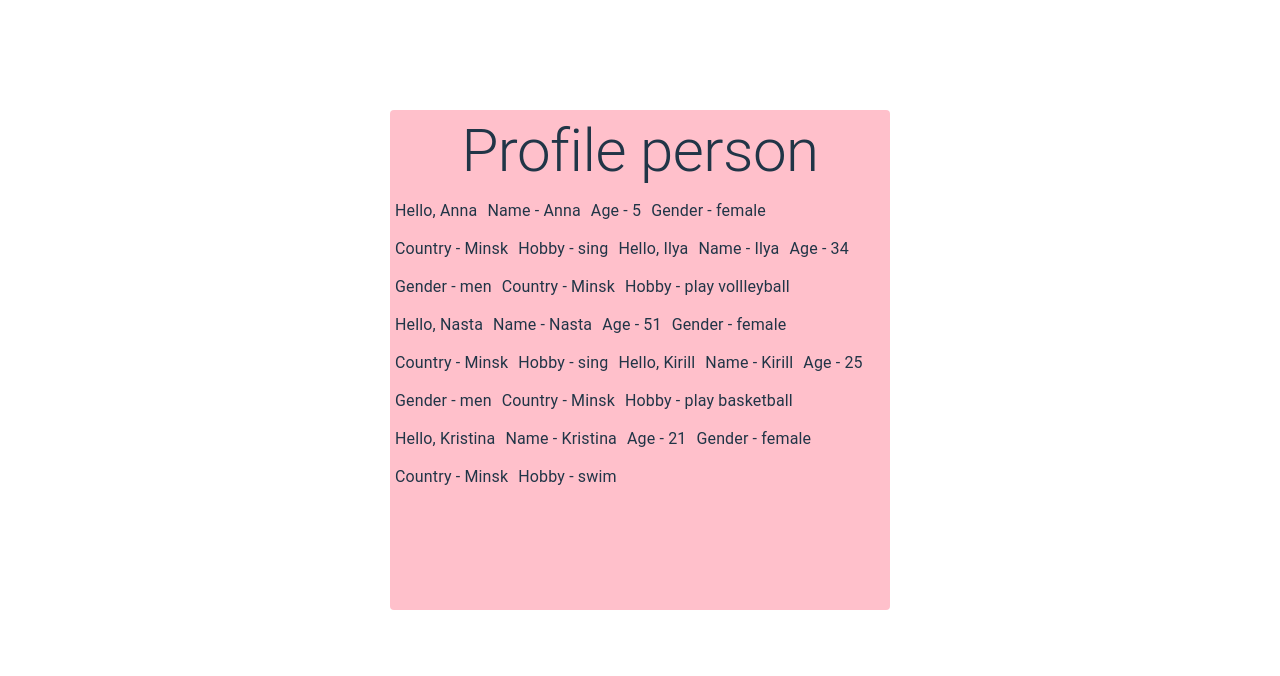
Repository: savannaaaas/props
Page: /
An editor plug-in stored every save of this project. The page is shown before and after the next save, followed by the edit.
The browser window is 1280 px wide. The pictures show the whole page.
The project was rebuilt for these pictures with package versions that can differ from the ones it lists, and the page was loaded fresh each time. Also part of the build but not shown: vite.config.js.

Above is the page before, as saved 2025-07-08 00:11:31.

After the next save:
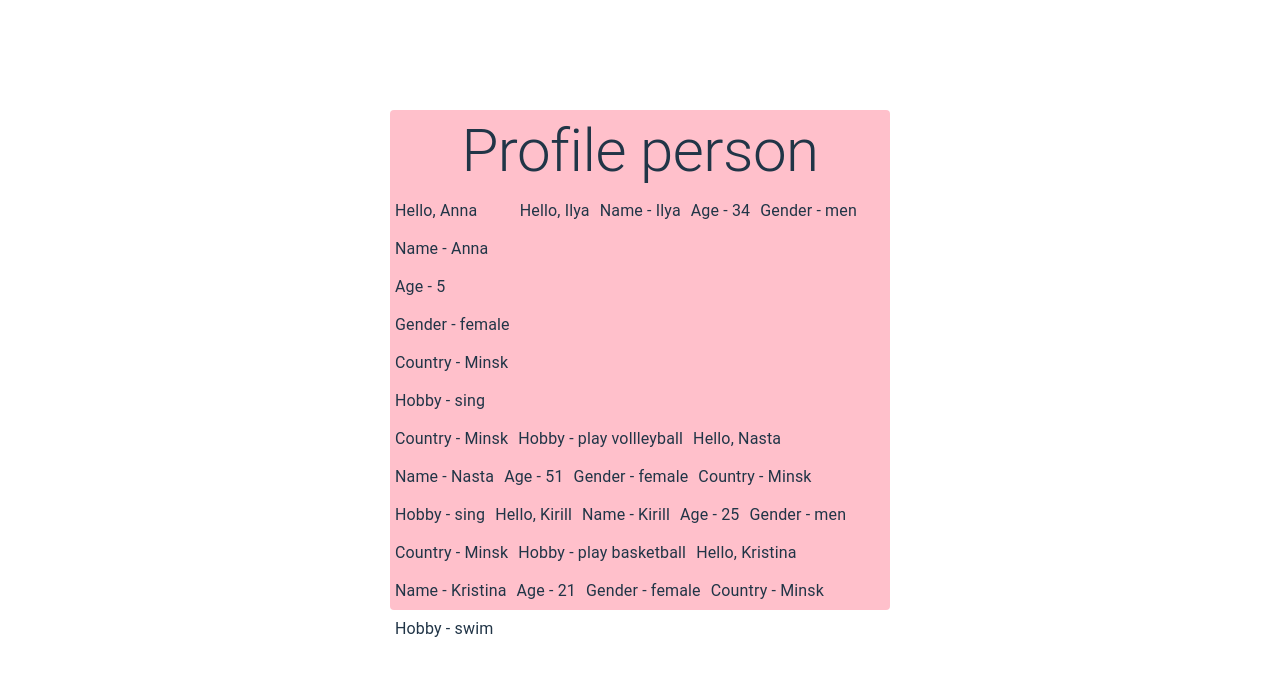
Saved 48 s later.
--- a/src/App.jsx
+++ b/src/App.jsx
@@ -34,14 +34,16 @@ function App() {
         Profile person
       </Typography>
       <Grid container direction="row">
-        <Person1
-          name={"Anna"}
-          age={5}
-          men={false}
-          obj={obj}
-          sayHello={sayHello}
-          hobbies={hobbies}
-        />
+        <Grid>
+          <Person1
+            name={"Anna"}
+            age={5}
+            men={false}
+            obj={obj}
+            sayHello={sayHello}
+            hobbies={hobbies}
+          />
+        </Grid>
         <Person2
           name={"Ilya"}
           age={34}
